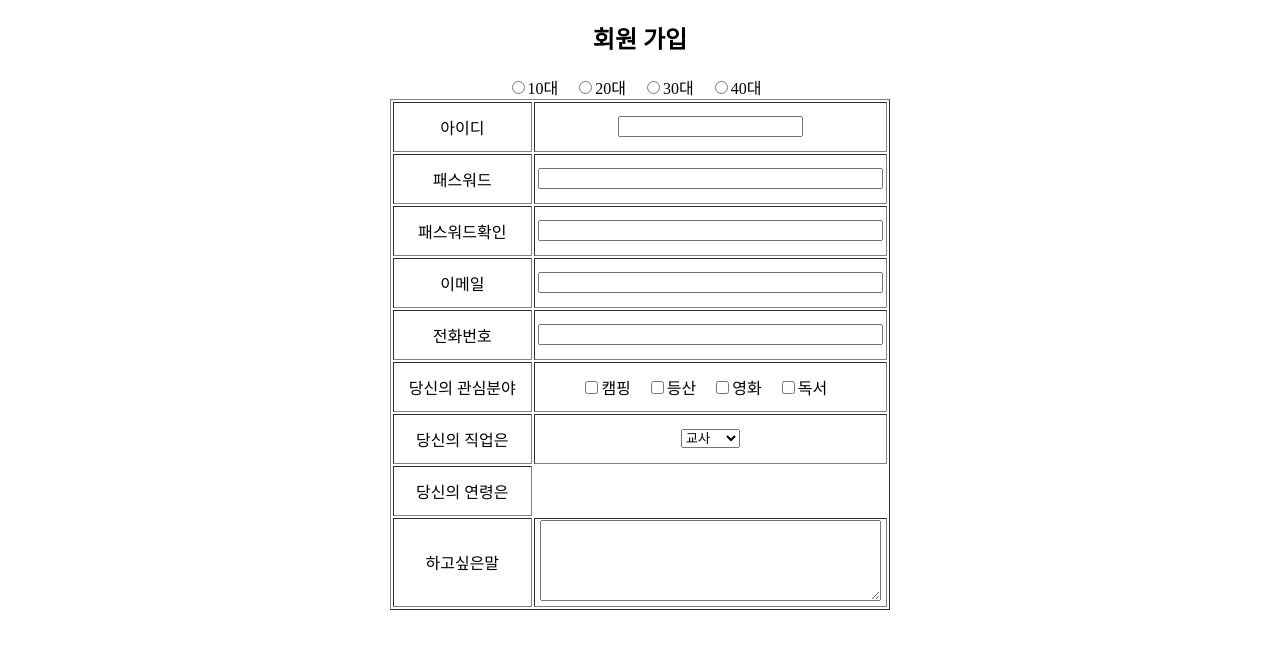
Repository: kdw1437/CreateBoardProject
Page: http://localhost/JSP2/RequestJoin.jsp
An editor plug-in stored every save of this project. The page is shown before and after the next save, followed by the edit.
The browser window is 1280 px wide. The pictures show the whole page.
The page is served by Tomcat 9.

Above is the page before, as saved 2024-08-05 09:36:19.

After the next save:
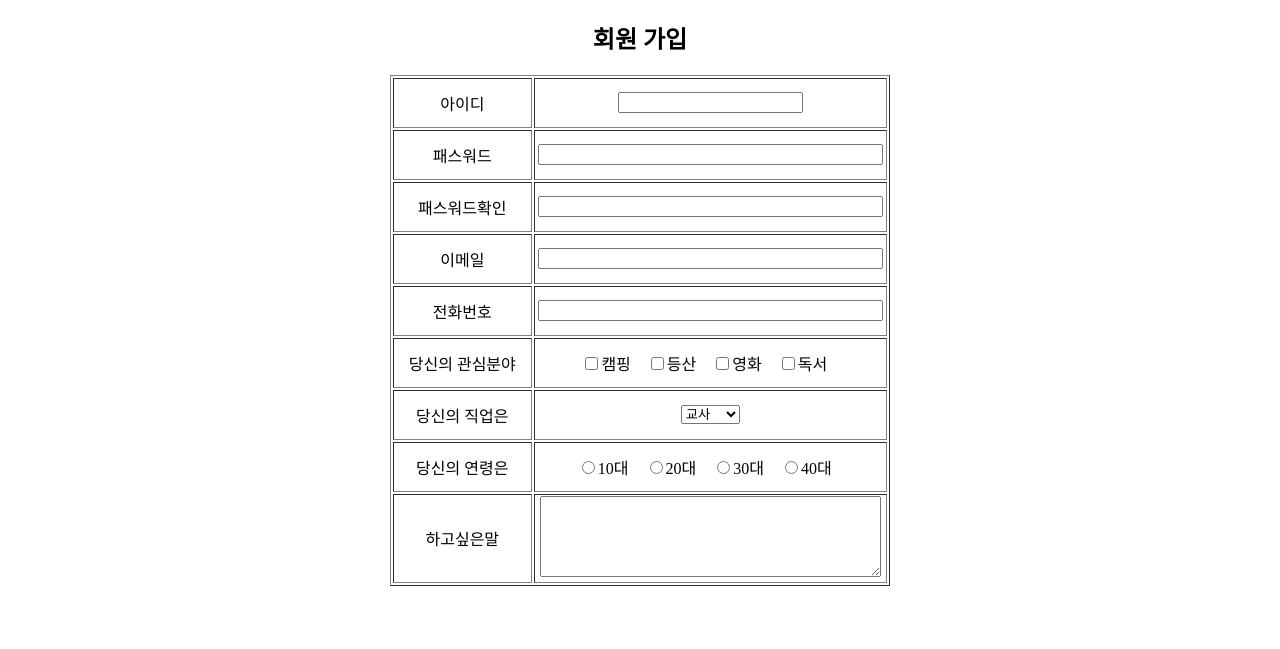
Saved 44 s later.
--- a/JSP2/src/main/webapp/RequestJoin.jsp
+++ b/JSP2/src/main/webapp/RequestJoin.jsp
@@ -52,6 +52,7 @@
 	</tr>
 	<tr height="50">
 		<td width="150" align="center"> 당신의 연령은</td>
+		<td width="350" align="center">
 	 	<input type="radio" name="age" value="10">10대 &nbsp;&nbsp;
 	 	<input type="radio" name="age" value="20">20대 &nbsp;&nbsp;
 	 	<input type="radio" name="age" value="30">30대 &nbsp;&nbsp;
